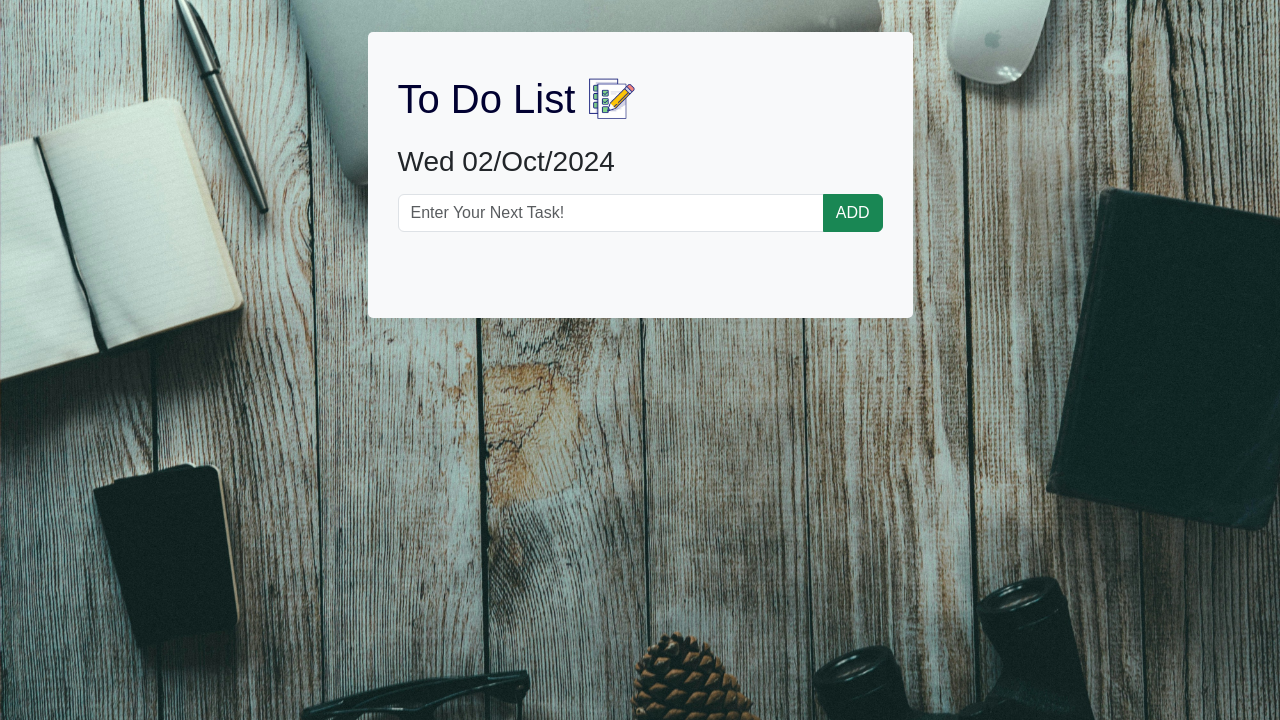
Repository: zeinawady/To_Do_List
Page: index.html
The author's editor kept a copy of each file at every save. The page is drawn from the files as they stood at one save, then again after a run of saves.
The browser window is 1280 px wide. The pictures show the whole page.
Some web libraries are served in a nearby version.

Above is the page before, as saved 2024-10-02 02:55:14.

After the next 2 saves:
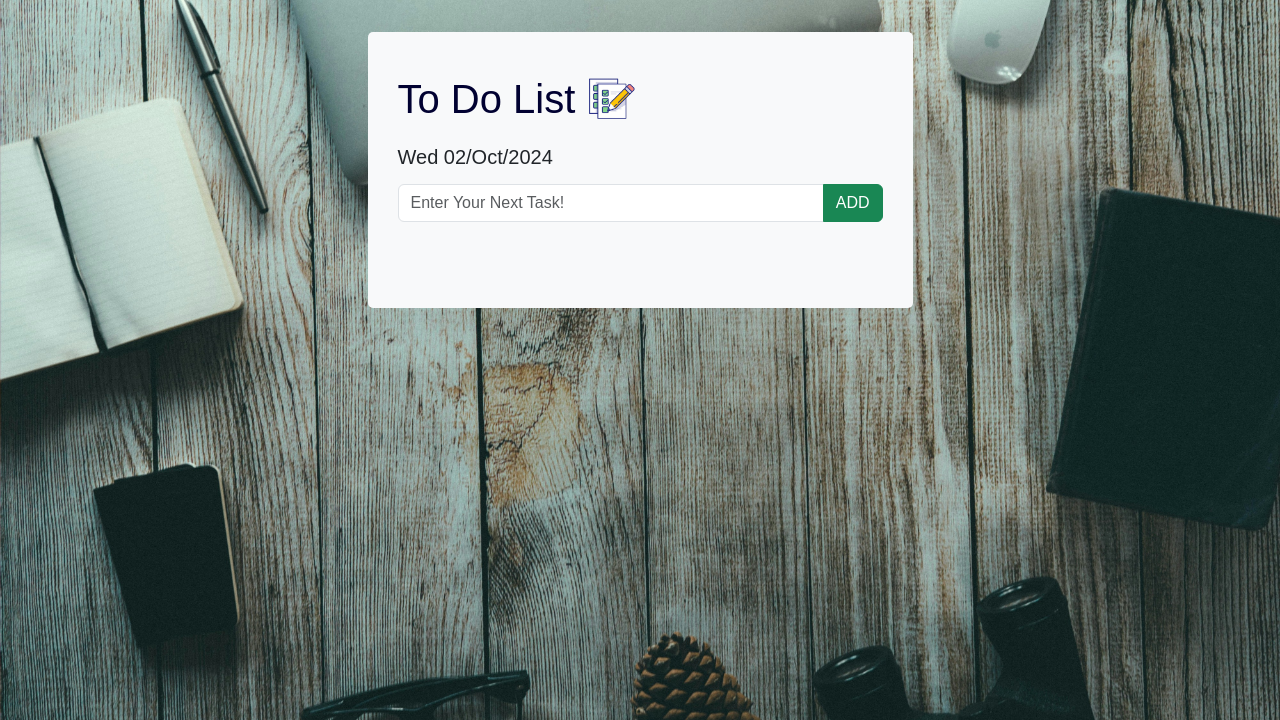
The 2 saves are shown as one change because they came seconds apart.
The last was saved 17 s later.
--- a/index.html
+++ b/index.html
@@ -15,7 +15,7 @@
     <div class="container">
         <div class="todo-app bg-body-tertiary m-auto">
             <h1>To Do List <img src="images/todolistpng.png" alt="to-do-list" class="logo"></h1>
-           <h3 id="date"></h3>
+           <h5 id="date"></h6>
             <div class="input-group mb-3">
                 <input type="text"  class="form-control" id="input-box" placeholder="Enter Your Next Task!" aria-label="Enter Your Next Task!" aria-describedby="button">
                 <button class="btn btn-success" onclick="addTask()">ADD</button>
